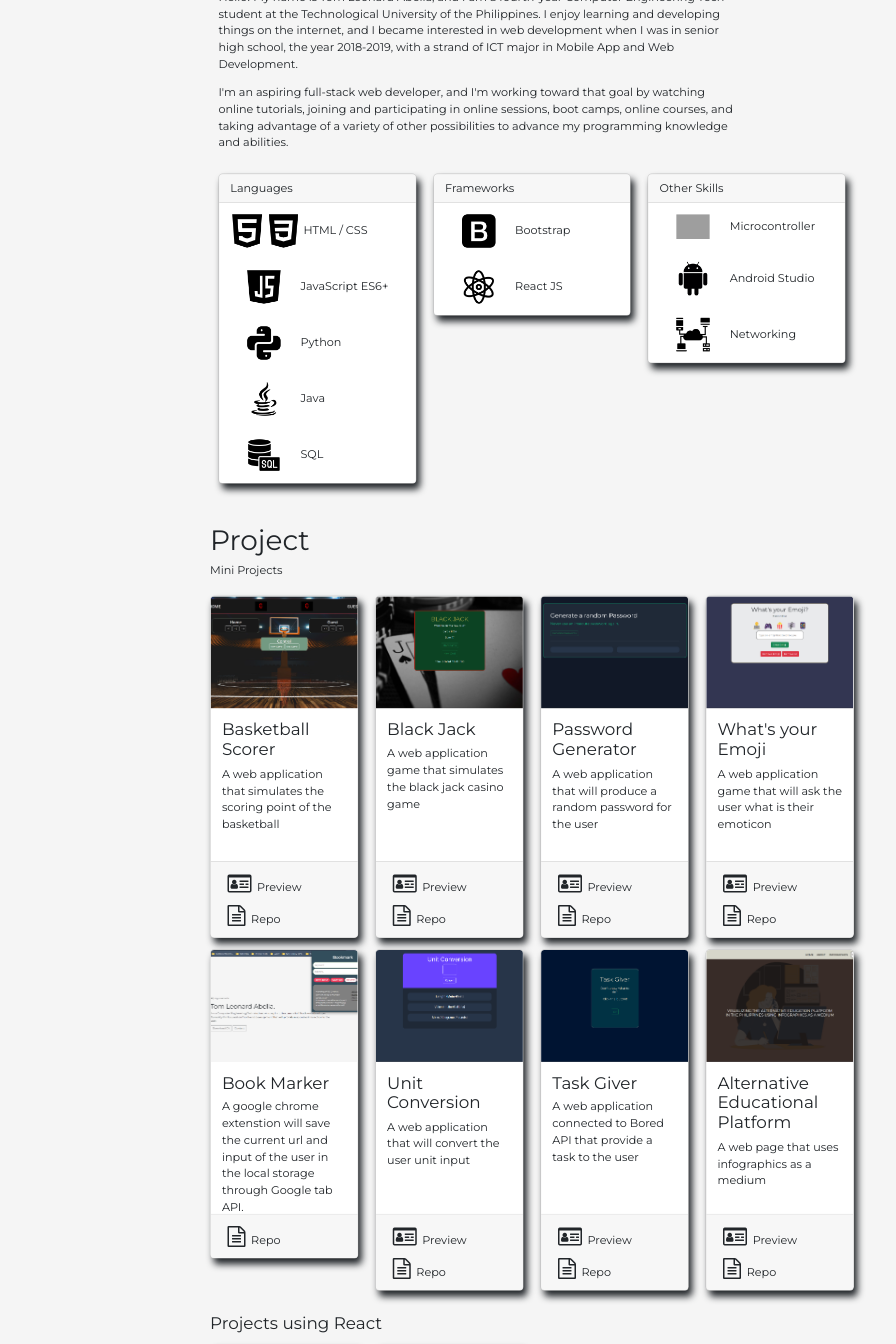
Repository: tom-abella/Portfolio
Page: index.html
The author's editor kept a copy of each file at every save. The page is drawn from the files as they stood at one save, then again after a run of saves.
The browser window is 1280 px wide. The pictures show the part of the page from y = 800 to 2720 px (the page is 3347 px tall), at 70% of full size.
Pictures or frames that could not be fetched are drawn as grey boxes.

Above is the page before, as saved 2022-11-25 11:23:07.
Console error: ReferenceError: emailjs is not defined

After the next 3 saves:
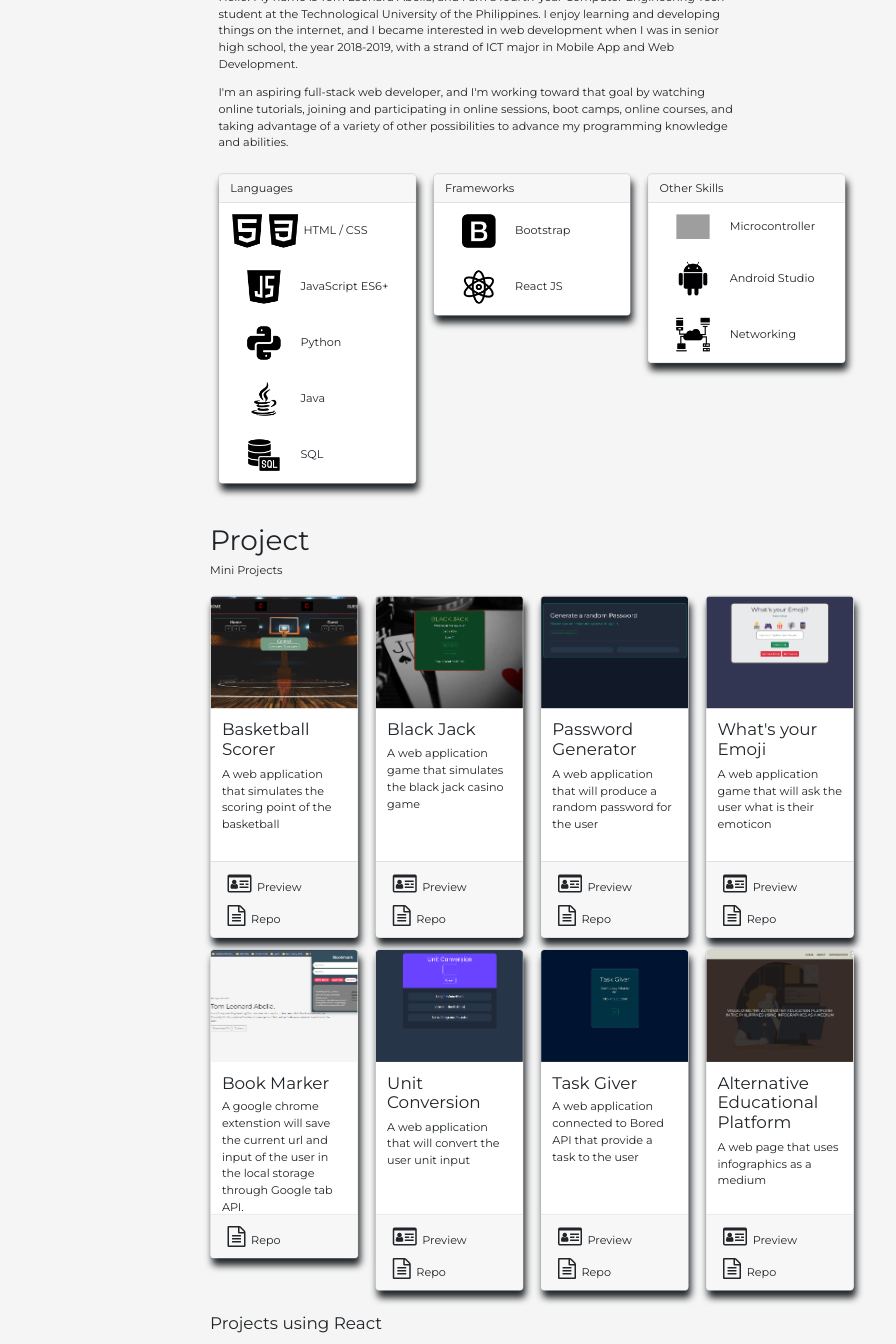
The 3 saves are shown as one change because they came seconds apart.
The last was saved 11 s later.
--- a/style.css
+++ b/style.css
@@ -17,7 +17,7 @@ img{
 
 }
 .card{
-    box-shadow: 5px 8px 10px #212529;
+    box-shadow: 3px 10px 10px #212529;
 }
 .navbar .nav-link.active{
     color:grey;
